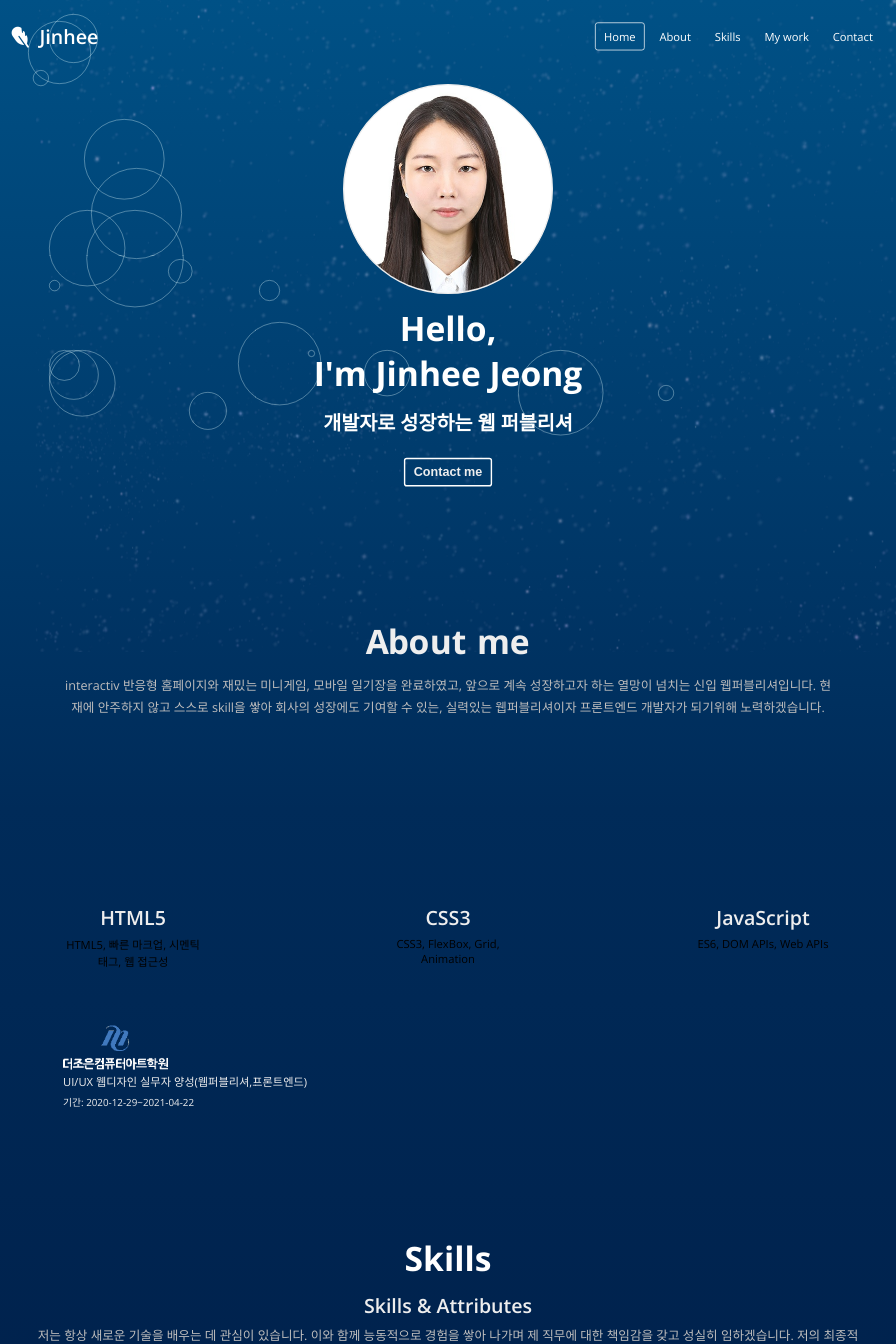
Repository: jinhee196/portfolio
Page: index.html
An editor plug-in stored every save of this project. The page is shown before and after the next save, followed by the edit.
The browser window is 1280 px wide. The pictures show the part of the page from y = 0 to 1920 px (the page is 4623 px tall before and 4595 px after), at 70% of full size.
Some web libraries are served in a nearby version.

Above is the page before, as saved 2021-07-07 19:01:51.

### index.html
<!DOCTYPE html>
<html lang="ko">
<head>
    <meta charset="UTF-8">
    <meta http-equiv="X-UA-Compatible" content="IE=edge">
    <meta name="viewport" content="width=device-width, initial-scale=1.0">
    <title>Jinhee's Portfolio</title>
    <meta name="description" content="Portfolio for worl">
    <meta name="author" content="jinhee">
    <link rel="icon" type="image/png" href="img/favicon1.ico">
    <script src="https://kit.fontawesome.com/ef20572bd9.js" crossorigin="anonymous"></script>
    <link rel="preconnect" href="https://fonts.gstatic.com">
    <link href="https://fonts.googleapis.com/css2?family=Open+Sans:wght@400;600;700&display=swap" rel="stylesheet">
    <link rel="stylesheet" href="style.css">
    <script type="text/javascript" src="https://cdnjs.cloudflare.com/ajax/libs/gsap/3.5.1/gsap.min.js"></script>
    <script type="text/javascript" src="https://unpkg.com/gsap@3/dist/ScrollToPlugin.min.js"></script>
    <script src="main.js" defer></script>
    <script src="https://cdn.jsdelivr.net/npm/underscore@1.13.1/underscore-umd-min.js"></script>

</head>
<body>
    <nav id="navbar">
        <div class="navbar__logo">
            <i class="fas fa-feather"></i>
            <a href="#">Jinhee</a>
        </div>
        <ul class="navbar__menu">
            <li class="navbar__menu__item active" data-link="#home">Home</li>
            <li class="navbar__menu__item" data-link="#about">About</li>
            <li class="navbar__menu__item" data-link="#skills">Skills</li>
            <li class="navbar__menu__item" data-link="#work">My work</li>
            <!-- <li class="navbar__menu__item" data-link="#testimonials">Testimonials</li> -->
            <li class="navbar__menu__item" data-link="#contact">Contact</li>
        </ul>
        <!-- Toggle button -->
        <button class="navbar__toggle-btn">
            <i class="fas fa-bars"></i>
        </button>
    </nav>

    <section id="home">
        <div class="home__container">
        <div class="home__avatar"><img src="img/me.jpg" alt="photo"></div>
        <h1 class="home__title">Hello, <br />I'm Jinhee Jeong</h1>
        <h2 class="home__description">개발자로 성장하는 웹 퍼블리셔</h2>
        <button class="home__contact">Contact me</button>
        </div>
    <div class="circle a"></div>
    <div class="circle b"></div>
    <div class="circle c"></div>
    <div class="circle d"></div>
    <div class="circle e"></div>
    <div class="circle f"></div>
    <div class="circle g"></div>
    <div class="circle s"></div>
    <div class="circle i"></div>
    <div class="circle j"></div>
    <div class="circle k"></div>
    <div class="circle l"></div>
    <div class="circle m"></div>
    <div class="circle n"></div>
    <div class="circle o"></div>
    <div class="circle p"></div>
    <div class="circle q"></div>
    <div class="circle r"></div>
    <div class="circle s"></div>

    </section>
    <section id="about" class="section section__container">
        <h1><span>A</span><span>b</span><span>o</span><span>u</span><span>t</span>&nbsp;<span>m</span><span>e</span></h1>
        <p>interactiv 반응형 홈페이지와 재밌는 미니게임, 모바일 일기장을 완료하였고,
           앞으로 계속 성장하고자 하는 열망이 넘치는 신입 웹퍼블리셔입니다.
           현재에 안주하지 않고 스스로 skill을 쌓아 회사의 성장에도 기여할 수 있는,
           실력있는 웹퍼블리셔이자 프론트엔드 개발자가 되기위해 노력하겠습니다.
        </p>
        <div class="about__majors">
            <div class="major">
                <div class="major__icon">
                    <div class='wave -one'></div>
                    <div class='wave -two'></div>
                    <div class='wave -three'></div>
                    <i class="fab fa-html5"></i>
                </div>
                <h2 class="major__title">HTML5</h2>
                <div class="major__description">HTML5, 빠른 마크업, 시멘틱 태그, 웹 접근성</div>
            </div>
            <div class="major">
                <div class="major__icon">
                    <div class='wave -one'></div>
                    <div class='wave -two'></div>
                    <div class='wave -three'></div>
                    <i class="fab fa-css3-alt"></i>
                </div>
                <h2 class="major__title">CSS3</h2>
                <div class="major__description">CSS3, FlexBox, Grid, Animation</div>
            </div>
            <div class="major">
                <div class="major__icon">
                    <div class='wave -one'></div>
                    <div class='wave -two'></div>
                    <div class='wave -three'></div>
                    <i class="fab fa-js-square"></i>
                </div>
                <h2 class="major__title">JavaScript</h2>
                <div class="major__description">ES6, DOM APIs, Web APIs</div>
            </div>
        </div>
        <div class="about__jobs">
            <div class="job">
                <img src="img/thejeun.png" alt="theJoeun" class="job__logo">
                <div class="job__description">
                <p class="job__name">UI/UX 웹디자인 실무자 양성(웹퍼블리셔,프론트엔드)</p>
                <p class="job__period">기간: 2020-12-29~2021-04-22</p>
                </div>
            </div>
        </div>
    </section>
    <section id="skills" class="section">
        <div class="section__container">
        <h1>Skills</h1>
        <h2>Skills & Attributes</h2>
        <p>
            저는 항상 새로운 기술을 배우는 데 관심이 있습니다. 이와 함께
            능동적으로 경험을 쌓아 나가며 제 직무에 대한 책임감을
            갖고 성실히 임하겠습니다.
            저의 최종적인 목표는 웹사이트를 구성하는 것에 이어서
            서버개발까지 나아가 넓은 시야를 갖고 팀원들과 좋은
            시너지를 내며 긍정적인 에너지를 주는 것 입니다.
            이를 통해 동료들과 원활히 소통하여 조화롭게 프로젝트를 완수하고,
            회사의 성장에 함께 할 수 있는 사람이 되겠습니다.
        </p>
        <div class="skillset">
            <div class="skillset__left">
                <h3 class="skillset__title">Skills</h3>
                <div class="skill">
                    <div class="skill__description">
                        <span>HTML</span>
                        <span>95%</span>
                    </div>
                    <div class="skill__bar">
                        <div class="skill__value" style="width: 95%"></div>
                    </div>
                </div>
                <div class="skill">
                    <div class="skill__description">
                        <span>CSS</span>
                        <span>87%</span>
                    </div>
                    <div class="skill__bar">
                        <div class="skill__value" style="width: 87%"></div>
                    </div>
                </div>
                <div class="skill">
                    <div class="skill__description">
                        <span>jQuery</span>
                        <span>80%</span>
                    </div>
                    <div class="skill__bar">
                        <div class="skill__value" style="width: 80%"></div>
                    </div>
                </div>
                <div class="skill">
                    <div class="skill__description">
                        <span>JavaScript</span>
                        <span>70%</span>
                    </div>
                    <div class="skill__bar">
                        <div class="skill__value" style="width: 70%"></div>
                    </div>
                </div>
                <div class="skill">
                    <div class="skill__description">
                        <span>React</span>
                        <span>45%</span>
                    </div>
                    <div class="skill__bar">
                        <div class="skill__value" style="width: 45%"></div>
                    </div>
                </div>
                <!-- <div class="skill">
                    <div class="skill__description">
                        <span>TypeScript</span>
                        <span>0%</span>
                    </div>
                    <div class="skill__bar">
                        <div class="skill__value" style="width: 0"></div>
                    </div>
                </div> -->
            </div>
            <div class="skillset__right">
                <div class="tools">
                    <h3 class="skillset__title">Tools</h3>
                    <ul class="tools__list">
                        <li><span>Visual Studio Code</span></li>
                        <li><span>Braket</span></li>
                    </ul>
                </div>
                <div class="etc">
                    <h3 class="skillset__title">Etc</h3>
                    <ul class="etc__list">
                        <li><span>Git</span></li>
                        <li><span>PhotoShop</span></li>
                    </ul>
                </div>
            </div>
        </div>
        </div>
    </section>
    <section id="work" class="section">
        <img src="img/sea-fish2.png" alt="" class="sea-fish">
        <img src="img/sea-fish3.png" alt="" class="sea-fish3">
        <div id="model">
            <model-viewer id="whale" src="img/whale.glb" alt="A 3D model of a robot" camera-orbit="-60deg 0 10m" background-color="#000"></model-viewer>
        </div>
        <div class="section__container">
         <div class="bubbleBg"><!--버블 bg 넣기--></div>
         <section class="top">
            <h1 class="title">
                <span>M</span>
                <span>y</span>
                 &nbsp;
                <span>W</span>
                <span>o</span>
                <span>r</span>
                <span>k</span>
            </h1>
            <h3 class="subtitle">Projects</h3>
         </section>
         <section class="bottom">
        <div class="work__categories">
            <button class="category__btn selected" data-filter="*">All<span class="category__count">5</span></button>
            <button class="category__btn" data-filter="respon">Responsive web<span class="category__count">2</span></button>
            <button class="category__btn" data-filter="interaction">Interactive web<span class="category__count">1</span></button>
            <button class="category__btn" data-filter="mobile">Toy projects<span class="category__count">2</span></button>
        </div>
        <div class="work__projects">
            <a href="https://jinhee196.github.io/steinway-main/" class="project" target="_blank" data-type="respon">
                <img src="img/stein.png" alt="steinway" class="project__img">
                <div class="project__description">
                    <h3>Steinway Site</h3>
                    <span>Main Page with HTML, CSS and JavaScript(+jQuery)</span>
                </div>
            </a>
            <a href="https://jinhee196.github.io/youtube-clone2/" class="project" target="_blank" data-type="respon">
                <img src="img/youtube.png" alt="youtube-clone2" class="project__img">
                <div class="project__description">
                    <h3>Youtebe clone</h3>
                    <span>Youtebe clone with React and PostCSS</span>
                </div>
            </a>
            <a href="https://jinhee196.github.io/steinway-sub/" class="project" target="_blank" data-type="interaction">
                <img src="img/Mockup_03.png" alt="interactiv" class="project__img">
                <div class="project__description">
                    <h3>Steinway Site Subpage</h3>
                    <span>Sub Page with HTML, CSS and JavaScript</span>
                </div>
            </a>
            <a href="https://jinhee196.github.io/diary/" class="project" target="_blank" data-type="mobile">
                <img src="img/mobile.png" alt="mobile" class="project__img">
                <div class="project__description">
                    <h3>A diary by one book</h3>
                    <span>Mobile diary with HTML, CSS and JavaScript</span>
                </div>
            </a>
            <a href="https://jinhee196.github.io/mini-game/" class="project" target="_blank" data-type="mobile">
                <img src="img/miniGame.png" alt="mobile" class="project__img">
                <div class="project__description">
                    <h3>Easy and fun Mini Game</h3>
                    <span>Mini Game with HTML, CSS and JavaScript</span>
                </div>
            </a>
        </div>
    </section>
</div>


</section>
    <section id="testimonials" class="section">
        <div class="section__container">
          <h1>Testimonials</h1>
          <h3>See what they say about me</h3>
          <div class="testimonials">
            <div class="testimonial">
                <img src="" alt="" class="testimonial__avatar">
                <div class="testimonial__speech-bubble">
                    <p>Lorem, ipsum dolor sit amet consectetur adipisicing elit.
                         Consectetur repellendus unde cum delectus nisi nulla
                         tempore. Dolorem, molestias laboriosam natus, pariatur
                         accusamus ullam, mollitia excepturi illo dolorum ipsum
                         molestiae ea?</p>
                    <p class="name"><a href="#">Ellie</a></p>
                </div>
            </div>
            <div class="testimonial">
                <div class="testimonial__speech-bubble">
                    <p>Lorem, ipsum dolor sit amet consectetur adipisicing elit.
                        Consectetur repellendus unde cum delectus nisi nulla
                        tempore. Dolorem, molestias laboriosam natus, pariatur
                        accusamus ullam, mollitia excepturi illo dolorum ipsum
                        molestiae ea?</p>
                    <p class="name"><a href="#">Ellie</a></p>
                </div>
                <img src="" alt="" class="testimonial__avatar">
            </div>
        </div>
        </div>
    </section>
    <section id="contact" class="section">
        <div class="imgbox">
          <img src="img/Lfish.png" alt="lightfish" class="Lfish">
          <div class="light"></div>
        </div>
        <h1 class="contact__title">contact me</h1>
        <h2 class="contact__email">wjdwlsgml196@gmail.com</h2>
        <div class="contact__links">
            <a href="https://github.com/jinhee196" target="_blank" class="contactBox">
                <i class="fab fa-github"></i>
            </a>
            <a href="https://www.notion.so/Javascript-f6514efff28d4b988004ffc961416185" target="_blank">
                <img src="img/notion.png" alt="notion" class="notion">
            </a>
        </div>
        <p class="contact__rights">2021 Jinhee - All rights reserved</p>
    </section>
    <button id="top"><i class="fas fa-arrow-up"></i></button>

     <!-- Loads model-viewer for modern browsers -->
     <!-- <script type="module" src="https://unpkg.com/@google/model-viewer/dist/model-viewer.js"></script>
     <!-- Loads model-viewer for older browsers -->
     <!-- <script nomodule src="https://unpkg.com/@google/model-viewer/dist/model-viewer-legacy.js"></script> --> -->

</body>
</html>

Loaded but not shown: main.js (313 lines, source omitted); style.css (907 lines, source omitted)

After the next save:
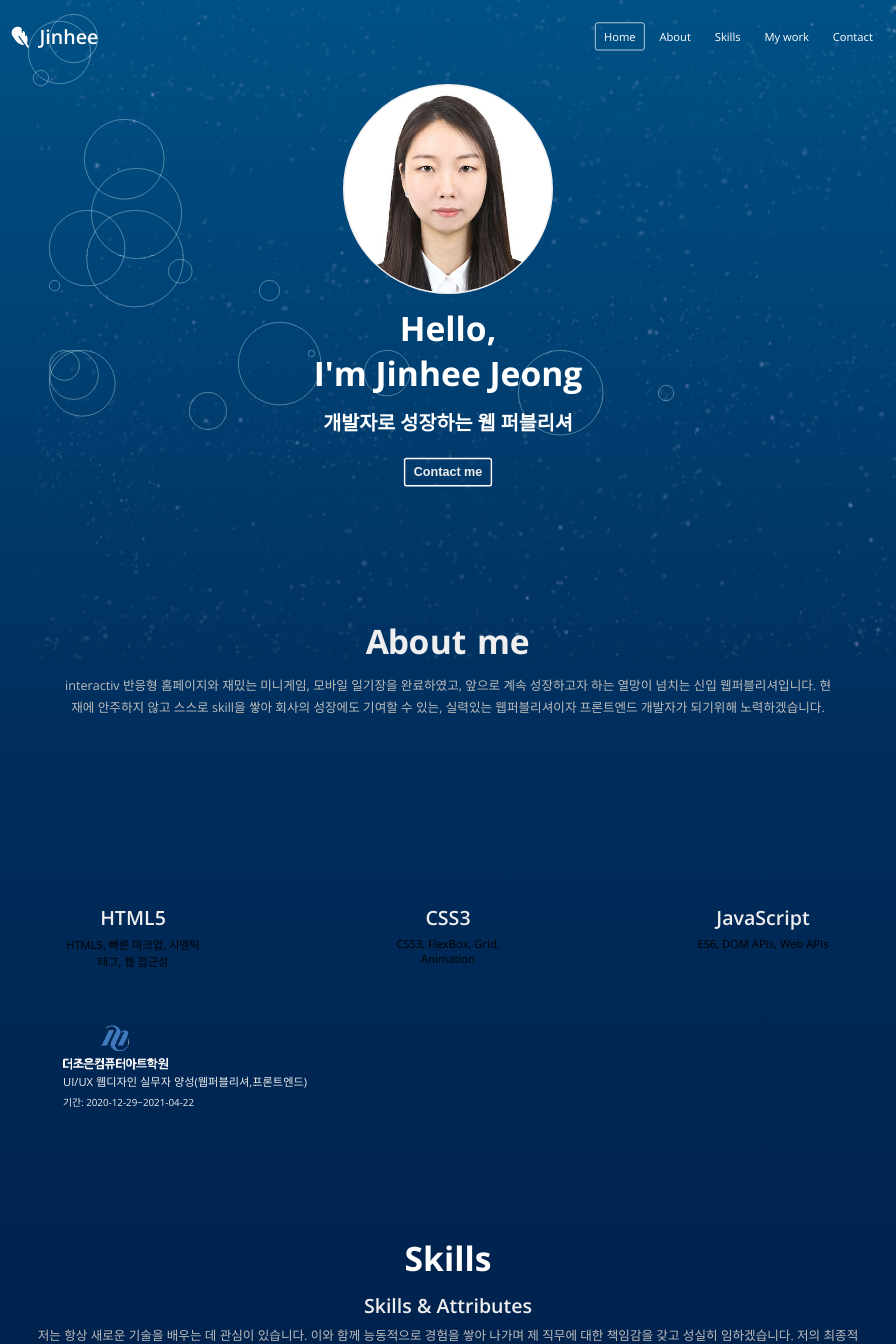
Saved 16 s later.
--- a/index.html
+++ b/index.html
@@ -312,8 +312,8 @@
         </div>
         <h1 class="contact__title">contact me</h1>
         <h2 class="contact__email">wjdwlsgml196@gmail.com</h2>
-        <div class="contact__links">
-            <a href="https://github.com/jinhee196" target="_blank" class="contactBox">
+        <div class="contact__links contactBox">
+            <a href="https://github.com/jinhee196" target="_blank" >
                 <i class="fab fa-github"></i>
             </a>
             <a href="https://www.notion.so/Javascript-f6514efff28d4b988004ffc961416185" target="_blank">
